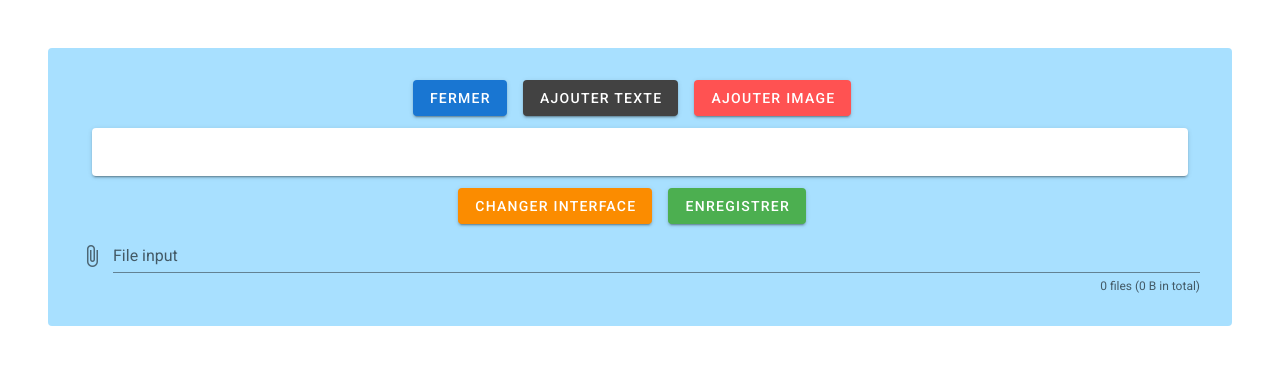
Repository: Hamagistral/BannerApp-Vue
Page: /#/dynamicPage
These files come from the project's save history. The page is drawn as it stood at one moment and after the next save; the edit follows.
The browser window is 1280 px wide. The pictures show the whole page.
The project was rebuilt for these pictures with package versions that can differ from the ones it lists, and the page was loaded fresh each time. Also part of the build but not shown: vue.config.js, src/components/WidgetText.vue, src/components/WidgetImage.vue, src/components/Home.vue.

Above is the page before, as saved 2023-02-07 01:43:57.

After the next save:
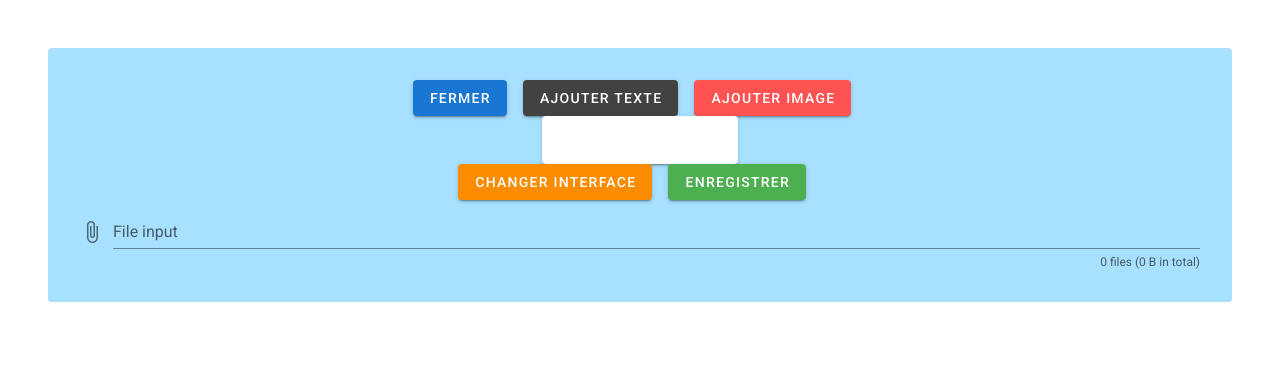
Saved 17 s later.
--- a/src/components/DynamicPage.vue
+++ b/src/components/DynamicPage.vue
@@ -14,22 +14,24 @@
           Ajouter Image
         </v-btn>
 
-        <v-col class="shrink" style="min-width: 220px;">
-          <v-text-field v-model="color" v-mask="mask" hide-details class="ma-0 pa-0" solo>
-            <template v-slot:append>
-              <v-menu v-model="menu" top nudge-bottom="105" nudge-left="16" :close-on-content-click="false">
-                <template v-slot:activator="{ on }">
-                  <div :style="swatchStyle" v-on="on" />
-                </template>
-                <v-card>
-                  <v-card-text class="pa-0">
-                    <v-color-picker v-model="color" flat />
-                  </v-card-text>
-                </v-card>
-              </v-menu>
-            </template>
-          </v-text-field>
-			  </v-col>
+        <v-row justify="center" align="center">
+          <v-col class="shrink" style="min-width: 220px;">
+            <v-text-field v-model="color" v-mask="mask" hide-details class="ma-0 pa-0" solo>
+              <template v-slot:append>
+                <v-menu v-model="menu" top nudge-bottom="105" nudge-left="16" :close-on-content-click="false">
+                  <template v-slot:activator="{ on }">
+                    <div :style="swatchStyle" v-on="on" />
+                  </template>
+                  <v-card>
+                    <v-card-text class="pa-0">
+                      <v-color-picker v-model="color" flat />
+                    </v-card-text>
+                  </v-card>
+                </v-menu>
+              </template>
+            </v-text-field>
+          </v-col>
+        </v-row>
 
         <v-btn color="warning" class="mr-4">
           Changer Interface
